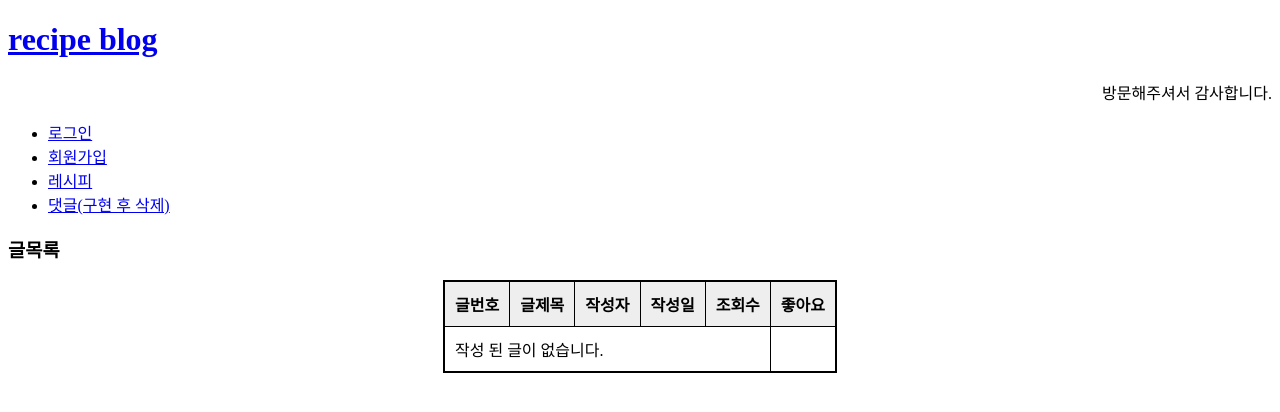
Repository: jeong-hyeran/recipe
Page: http://localhost/recipe/WEB-INF/views/board/list.jsp
The author's editor kept a copy of each file at every save. The page is drawn from the files as they stood at one save, then again after the next save.
The browser window is 1280 px wide. The pictures show the whole page.
The page is served by Tomcat 9. Nobody is signed in. Other server files are loaded and not shown. The template is opened directly, without the code that normally fills it, so the values that code supplies are empty.

Above is the page before, as saved 2023-09-26 04:44:17.

### recipe_project/recipe/src/main/webapp/WEB-INF/views/board/list.jsp
<%@ page language="java" contentType="text/html; charset=UTF-8"
    pageEncoding="UTF-8"%>
<%@ include file="../header.jsp" %>
<div id="boardList">
<h3>글목록</h3>

<table>
	<thead>
		<tr>
			<th>글번호</th>
			<th>글제목</th>
			<th>작성자</th>
			<th>작성일</th>
			<th>조회수</th>
			<th>좋아요</th>
		</tr>
	</thead>
	<tbody>
			<tr>
				<c:if test="${empty list }">
					<td colspan="5">
						작성 된 글이 없습니다.
					</td>
				</c:if>
			</tr>
			<c:forEach var="dto" items="${list }">
			<tr>
				<td>${dto.idx }</td>
				<td>${dto.title }</td>
				<td>${dto.member_username }</td>
				<td>${dto.wdate }</td>
				<td>${dto.viewCount }</td>
				<td>${dto.likeCount }</td>
			</tr>
		</c:forEach>
	</tbody>
</table>

</div>
</body>
</html>

### recipe_project/recipe/src/main/webapp/WEB-INF/views/header.jsp
<%@ page language="java" contentType="text/html; charset=UTF-8"
    pageEncoding="UTF-8"%>
<%@ taglib prefix="c" uri="http://java.sun.com/jsp/jstl/core" %>
<%@ taglib prefix="fmt" uri="http://java.sun.com/jsp/jstl/fmt" %>
<%@ taglib prefix="fn" uri="http://java.sun.com/jsp/jstl/functions" %>
<c:set var="cpath" value="${pageContext.request.contextPath }"/>
<!DOCTYPE html>
<html>
<head>
<meta charset="UTF-8">
<title>recipe</title>
<style>

	table{
		border : 2px solid black;
		border-collapse: collapse;
		margin: 10px auto;
		padding: 10px;
	}
	th{
		background-color: #eee;
		border: 1px solid black;
		padding: 10px;
	}
	td{
		border: 1px solid black;
		padding: 10px;
	}
</style>
</head>
<body>
<h1><a href="${cpath }">recipe blog</a></h1>
<p align="right">
<c:if test="${empty login }">
	방문해주셔서 감사합니다.
</c:if>
<c:if test="${not empty login }">
	${login.userid } [${login.username }님]
</c:if>
</p>
<header>
	<nav>
		<ul>
			<c:if test="${empty login }">
				<li><a href="${cpath }/member/login">로그인</a></li>
				<li><a href="${cpath }/member/join">회원가입</a></li>
			</c:if>
			<c:if test="${not empty login }">
				<li><a href="${cpath }/member/logout">로그아웃</a></li>
				<li><a href="${cpath }/member/mypage">My Page</a></li>
			</c:if>
			<c:if test="${not empty login }">
				<li><a href="${cpath }/board/write">글작성</a></li>
				<!-- 드랍 메뉴 구현 할 수도? -->
			</c:if>
				<li><a href="${cpath }/board/list">레시피</a></li>
				<li><a href="${cpath }/review/list">댓글(구현 후 삭제)</a></li>
		</ul>
	</nav>
</header>

After the next save:
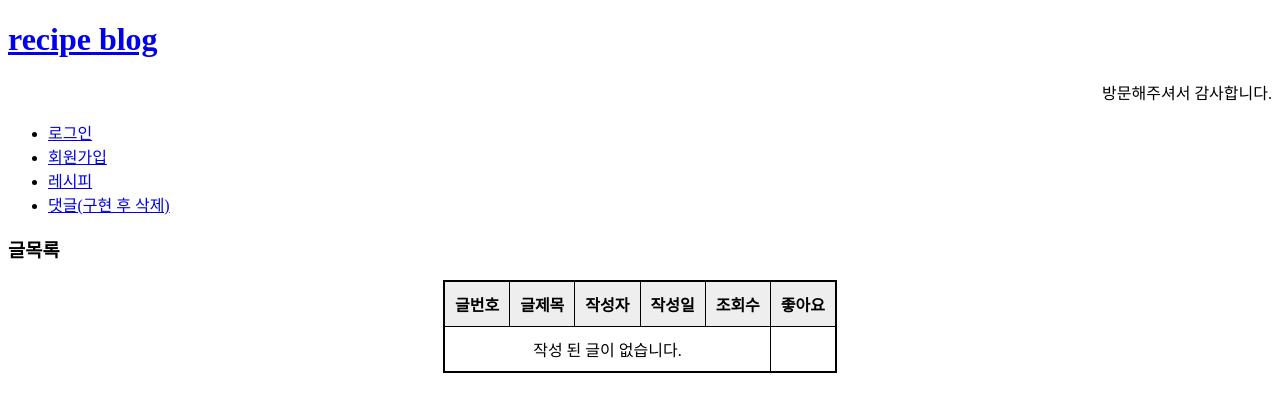
Saved 23 s later.
--- a/recipe_project/recipe/src/main/webapp/WEB-INF/views/board/list.jsp
+++ b/recipe_project/recipe/src/main/webapp/WEB-INF/views/board/list.jsp
@@ -18,7 +18,7 @@
 	<tbody>
 			<tr>
 				<c:if test="${empty list }">
-					<td colspan="5">
+					<td colspan="5" style="text-align: center;">
 						작성 된 글이 없습니다.
 					</td>
 				</c:if>
